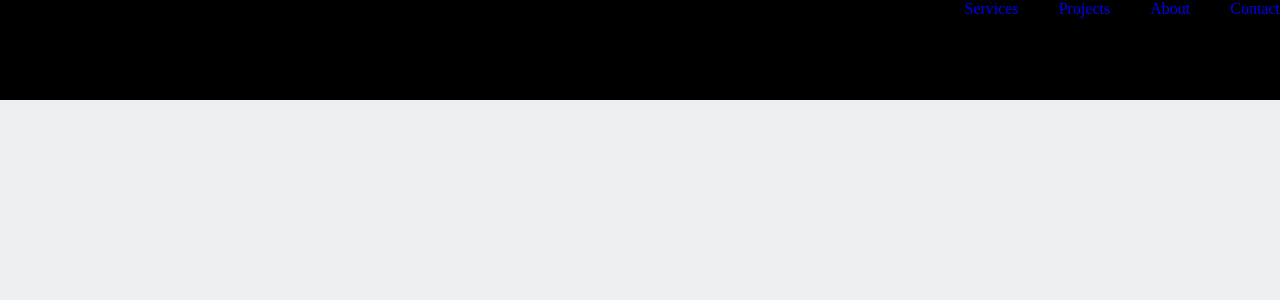
Repository: arifshahriyarnader/css-flexbox
Page: Exercise 1/index.html
The author's editor kept a copy of each file at every save. The page is drawn from the files as they stood at one save, then again after a run of saves.
The browser window is 1280 px wide. The pictures show the whole page.

Above is the page before, as saved 2024-06-15 13:05:00.

### Exercise 1/index.html
<!DOCTYPE html>
<html lang="en">
<head>
    <meta charset="UTF-8">
    <meta name="viewport" content="width=device-width, initial-scale=1.0">
    <title>Navbar Using Flexbox</title>
    <link rel="stylesheet" href="css/style.css">
</head>
<body>
   <nav class="menubar_sec">
        <div></div>
        <div class="leftmenu_link">
            <ul>
                <li><a href="#">Services</a></li>
                <li><a href="#">Projects</a></li>
                <li><a href="#">About</a></li>
                <li><a href="#">Contact</a></li>
            </ul>
           </div>

   </nav>
</body>
</html>

### Exercise 1/css/style.css
*{
    margin: 0px;
    padding: 0px;
}

ul{
    list-style: none;
}
a{
    text-decoration: none;
}
body{
    background-color: #ECF0F1;
}
.menubar_sec{
    background-color: black;
    min-height:100px;
    margin: 0px auto;
    display:flex;
    justify-content: space-between;
}

.leftmenu_link ul{
    display: flex;
    gap:40px;

}

After the next 2 saves:
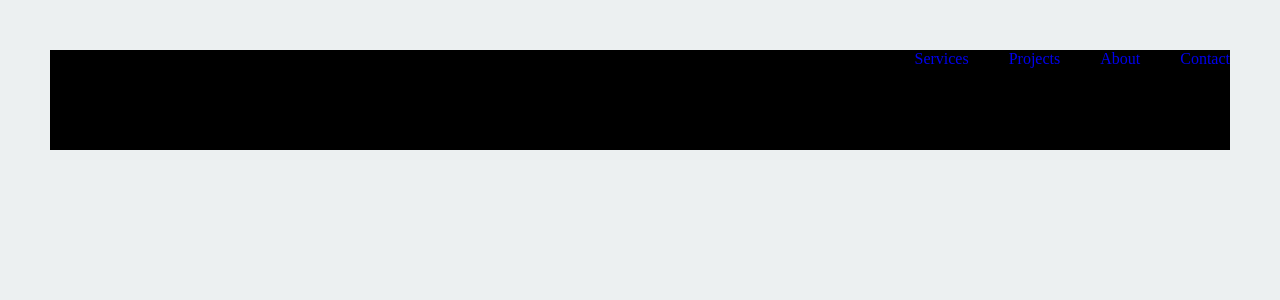
The 2 saves are shown as one change because they came seconds apart.
The last was saved 8 s later.
--- a/Exercise 1/css/style.css
+++ b/Exercise 1/css/style.css
@@ -15,7 +15,7 @@ body{
 .menubar_sec{
     background-color: black;
     min-height:100px;
-    margin: 0px auto;
+    margin: 50px;
     display:flex;
     justify-content: space-between;
 }
